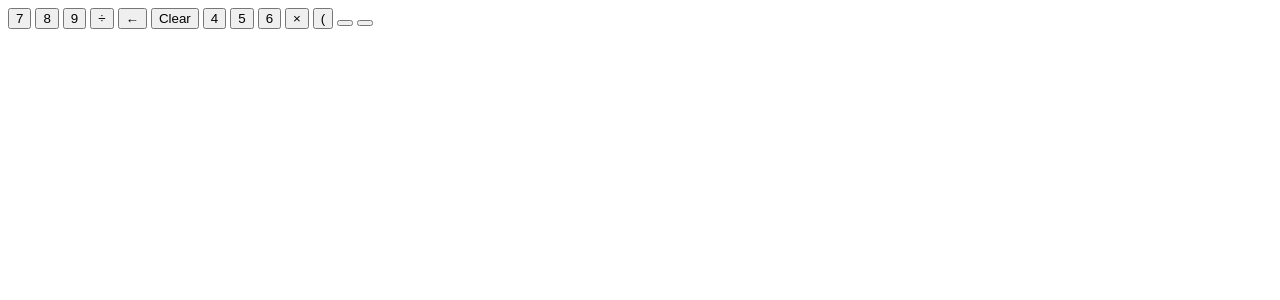
Repository: z1youRA/MyCalculator
Page: index.html
The author's editor kept a copy of each file at every save. The page is drawn from the files as they stood at one save, then again after the next save.
The browser window is 1280 px wide. The pictures show the whole page.

Above is the page before, as saved 2021-12-19 13:55:57.

After the next save:
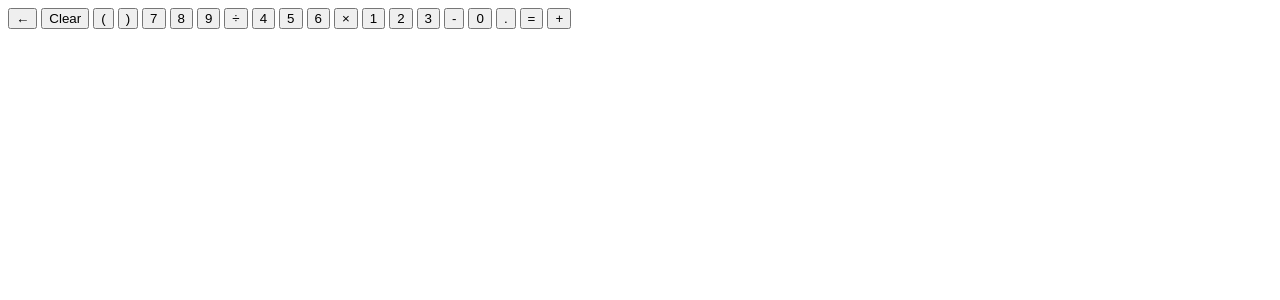
Saved 111 s later.
--- a/index.html
+++ b/index.html
@@ -9,19 +9,26 @@
 </head>
 <body>
     <div class='buttons'>
+        <button>←</button>
+        <button>Clear</button>
+        <button>(</button>
+        <button>)</button>
         <button>7</button>
         <button>8</button>
         <button>9</button>
         <button>÷</button>
-        <button>←</button>
-        <button>Clear</button>
         <button>4</button>
         <button>5</button>
         <button>6</button>
         <button>×</button>
-        <button>(</button>
-        <button></button>
-        <button></button>
+        <button>1</button>
+        <button>2</button>
+        <button>3</button>
+        <button>-</button>
+        <button>0</button>
+        <button>.</button>
+        <button>=</button>
+        <button>+</button>
     </div>
 </body>
 <script src='script.js'>
